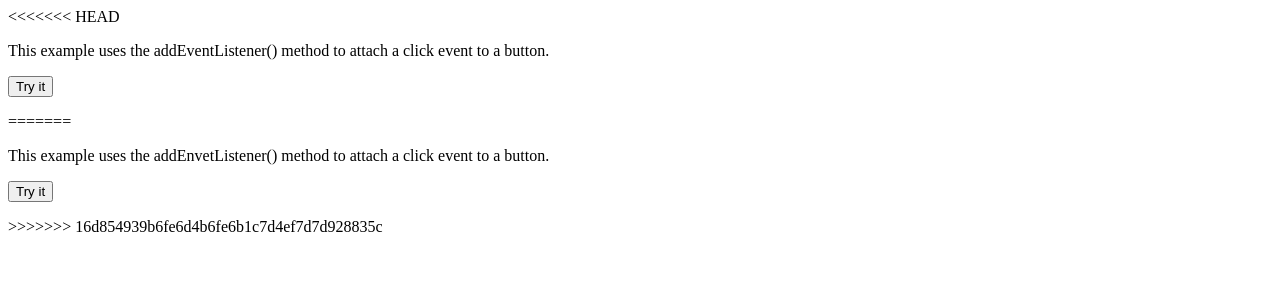
Repository: neem693/workspace
Page: studyhtml5/WebContent/ch05/practice_dom/practice_41.html
These files come from the project's save history. The page is drawn as it stood at one moment and after a run of saves; the edit follows.
The browser window is 1280 px wide. The pictures show the whole page.

Above is the page before, as saved 2018-03-20 00:26:10.

After the next 4 saves:
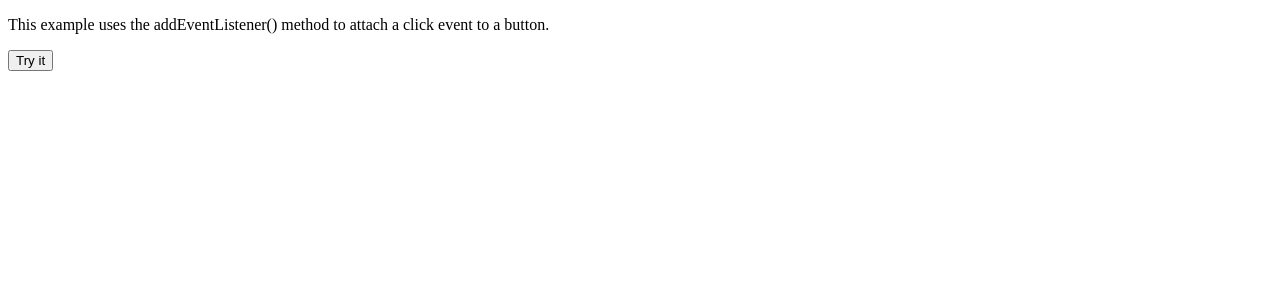
The 4 saves are shown as one change because they came seconds apart.
The last was saved 2 days later.
--- a/studyhtml5/WebContent/ch05/practice_dom/practice_41.html
+++ b/studyhtml5/WebContent/ch05/practice_dom/practice_41.html
@@ -11,29 +11,14 @@
 </head>
 <body>
 
-<<<<<<< HEAD
-<p>This example uses the addEventListener() method to attach a click event to a button.</p>
 
-<button id = "myBtn">Try it</button>
+	<p>This example uses the addEventListener() method to
+		attach a click event to a button.</p>
 
-<p id = "demo"></p>
-
-
-<script>
-
-document.getElementById("myBtn").addEventListener("click",displayDate);
-
-function displayDate(){
-    document.getElementById("demo").innerHTML = Date();
-}
-
-</script>
-=======
-	<p>This example uses the addEnvetListener() method to
-		attach a click event to a button.</p>
 	<button id="myBtn">Try it</button>
 
 	<p id="demo"></p>
+
 
 	<script>
         document.getElementById("myBtn").addEventListener("click", displayDate);
@@ -43,7 +28,5 @@ function displayDate(){
         }
     </script>
 
->>>>>>> 16d854939b6fe6d4b6fe6b1c7d4ef7d7d928835c
-
 </body>
 </html>
